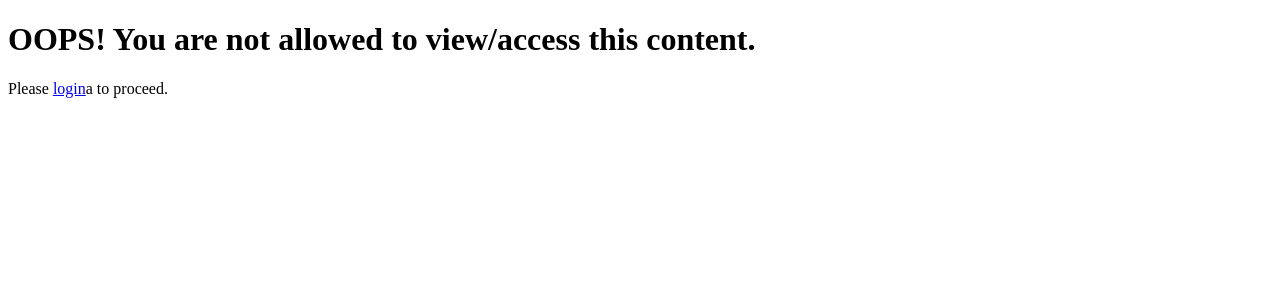
Repository: claudesedillo/WEBAPDE-MP2
Page: MP2 Workplace/WEBAPDE-MP2Q/WebContent/Access-Denied.html
An editor plug-in stored every save of this project. The page is shown before and after the next save, followed by the edit.
The browser window is 1280 px wide. The pictures show the whole page.

Above is the page before, as saved 2017-07-26 12:08:47.

### MP2 Workplace/WEBAPDE-MP2Q/WebContent/Access-Denied.html
<!DOCTYPE html>
<html>
<head>
<meta charset="ISO-8859-1">
<title>Insert title here</title>
</head>
<body>
	<h1>OOPS! You are not allowed to view/access this content.</h1>
	<span>Please <a href="login.html">login</a>a to proceed.
	</span>
	<br>
	<span></span>
</body>
</html>

After the next save:
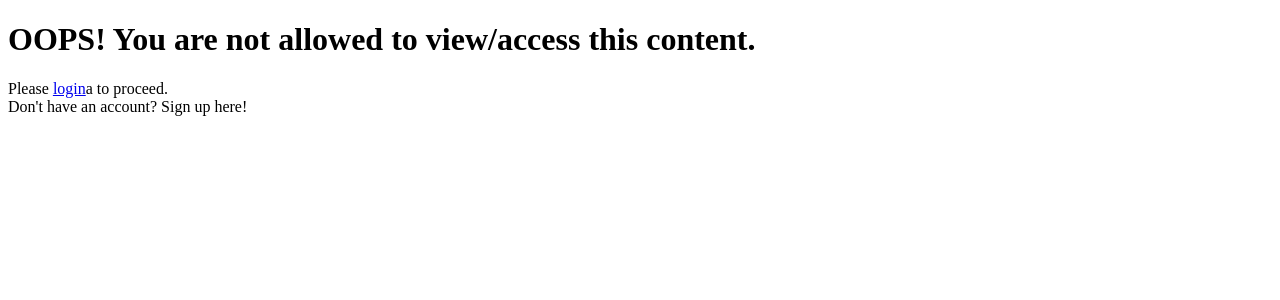
Saved 10 s later.
--- a/MP2 Workplace/WEBAPDE-MP2Q/WebContent/Access-Denied.html
+++ b/MP2 Workplace/WEBAPDE-MP2Q/WebContent/Access-Denied.html
@@ -9,6 +9,6 @@
 	<span>Please <a href="login.html">login</a>a to proceed.
 	</span>
 	<br>
-	<span></span>
+	<span>Don't have an account? Sign up here!</span>
 </body>
 </html>
